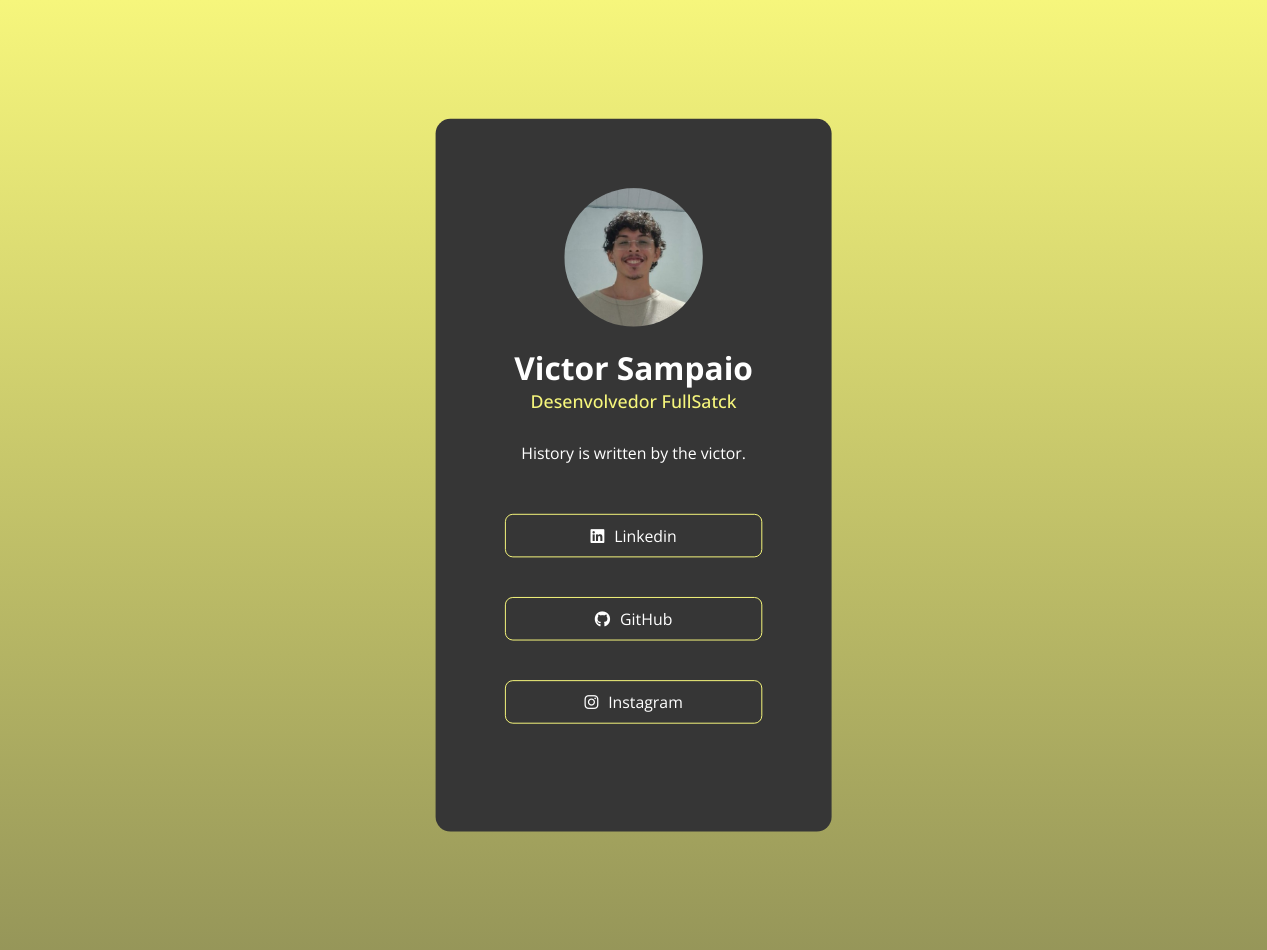
Repository: VictorSampaioDev/linkthree-gt9
Page: index.html
An editor plug-in stored every save of this project. The page is shown before and after a run of saves, followed by the edit.
The browser window is 1280 px wide. The pictures show the whole page, at 99% of full size.

Above is the page before, as saved 2025-04-11 16:08:27.
Not found: .effects.css

### index.html
<!DOCTYPE html>
<html lang="pt-br">
<head>
    <meta charset="UTF-8">
    <meta name="viewport" content="width=device-width, initial-scale=1.0">
    <title>linkthree JV</title>
    <link rel="stylesheet" href="style.css">
    <link rel="icon" type="image/png" href="assets/psyduck1.png">
    <link rel="preconnect" href="https://fonts.googleapis.com">
    <link rel="preconnect" href="https://fonts.gstatic.com" crossorigin>
    <link href="https://fonts.googleapis.com/css2?family=Open+Sans:ital,wght@0,300..800;1,300..800&display=swap" rel="stylesheet">
    <link rel="stylesheet" href="https://cdnjs.cloudflare.com/ajax/libs/font-awesome/6.5.0/css/all.min.css">
</head>
<body>
    <div class="container-main">
<!-- imagem -->
        <div class="container-image">
            <img src="./assets/image-profile.jpeg" alt="Foto de Perfil">
        </div>
<!-- Titulos -->
      <div class="container-infos">
        <h1>Victor Sampaio</h1>
        <h2>Desenvolvedor FullSatck</h2>
      </div>
<!-- Paragrafo -->
      <div class="container-paragrafo">
        <p>
            History is written by the victor.
        </p>
      </div>
<!-- lista estilizada ("botões") -->
      <div class="container-social-links">
        <ul>
                <a href="https://www.linkedin.com/in/joao-victor-sampaio-30a556355/" target="_blank">
                    <li>
                        <!-- icone -->
                        <i class="fa-brands fa-linkedin"></i>
                        <!-- paragrafo -->
                        <p>Linkedin</p>
                    </li>
                </a>

                <a href="https://github.com/VictorSampaioDev" target="_blank">
                   <li>
                    <i class="fa-brands fa-github"></i>
                    <p>GitHub</p>
                   </li>
                </a>

                <a href="https://www.instagram.com/jovetorr" target="_blank">
                   <li>
                    <i class="fa-brands fa-instagram"></i>
                    <p>Instagram</p>
                   </li>
                </a>
        </ul>
    </div>
</body>
</html>

### style.css

@import url(".effects.css");

* {
    font-family: "Open Sans", sans-serif;
    margin: 0;
    padding: 0;
    box-sizing: border-box;
}
body{
    background: linear-gradient(
        to bottom,

        rgb(246, 246, 124),
        rgb(54, 54, 54)
    );
    background-size: 200% 200%;
    animation: animateGradient 6s ease infinite;

}
.container-main{
    background-color: #363636;
    width: 400px;
    height: 720px;
    box-sizing: border-box;
    margin: 120px auto;
    padding: 70px;
    border-radius: 15px;
    text-align: center;
}
.container-image{

    & img{
       width: 140px;
       border-radius: 100%;
    }
}
.container-infos{
    margin-top: 15px;
    margin-bottom: 10px;
}
.container-infos h1{
    font-weight: 700;
    color: white;
}
.container-infos h2{
    font-weight: 500;
    font-size: 18px;
    color: rgb(246, 246, 124);
}
.container-paragrafo{
    margin-top: 30px;
    color: white;
    margin-bottom: 50px;
}
.container-social-links ul {
    display: flex;
    flex-direction: column;
    gap: 40px;
}
.container-social-links li {
    display: flex;
    justify-content: center;
    gap: 10px;
    align-items: center;
    border: 1px solid rgb(246, 246, 124);
    border-radius: 8px;
    padding: 10px;
    transition: background-color 0.3s;


    &:hover{
        background-color: rgb(246, 246, 124);
    }
  }

.container-social-links a {
    text-decoration: none;
    color: white;
    transition: color 0.3s;

    &:hover{
        color: black;
    }
}

After the next 2 saves:
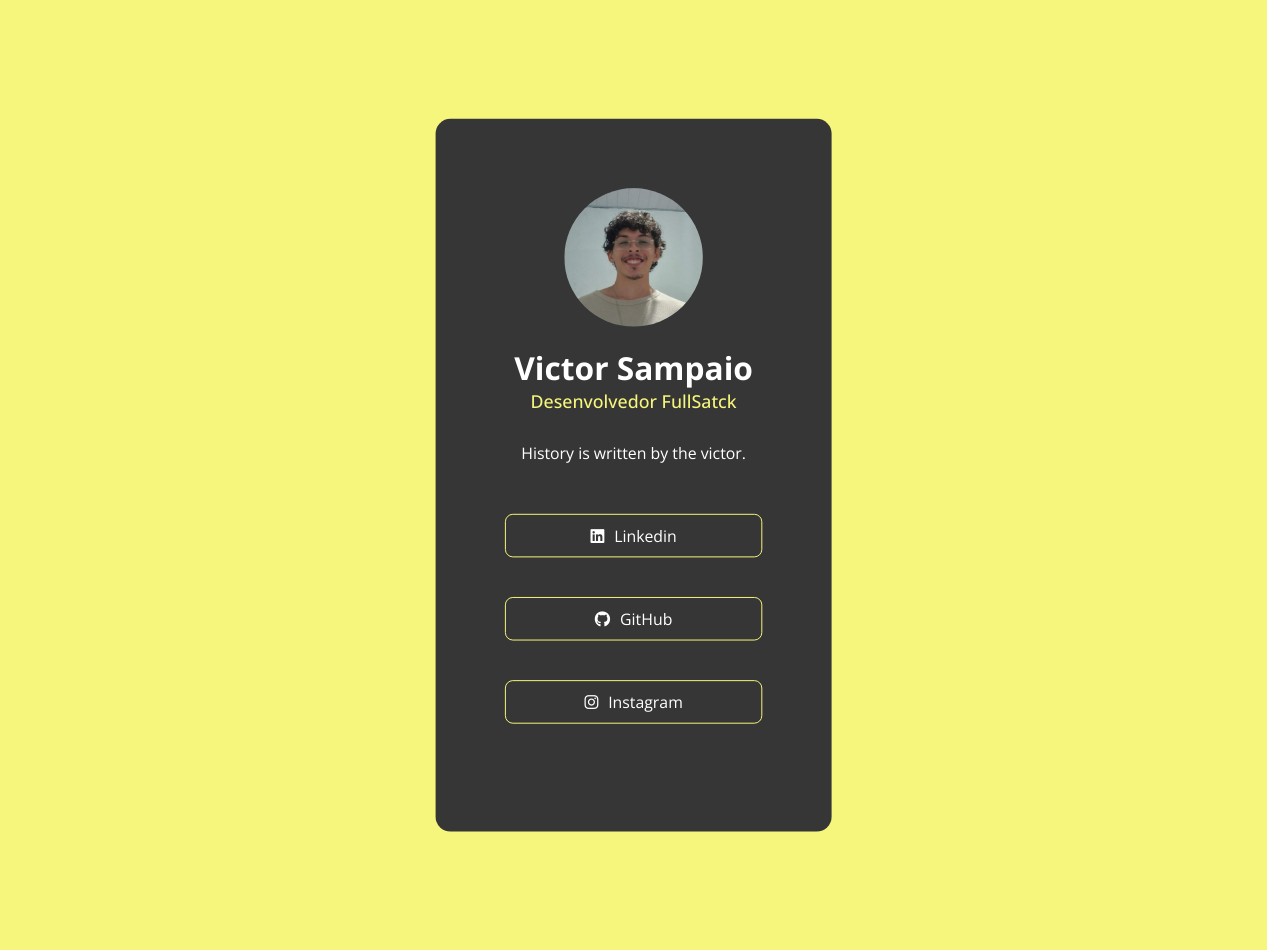
The 2 saves are shown as one change because they came seconds apart.
The last was saved 7 s later.
--- a/style.css
+++ b/style.css
@@ -10,7 +10,7 @@
 body{
     background: linear-gradient(
         to bottom,
-
+        rgb(246, 246, 124),
         rgb(246, 246, 124),
         rgb(54, 54, 54)
     );
